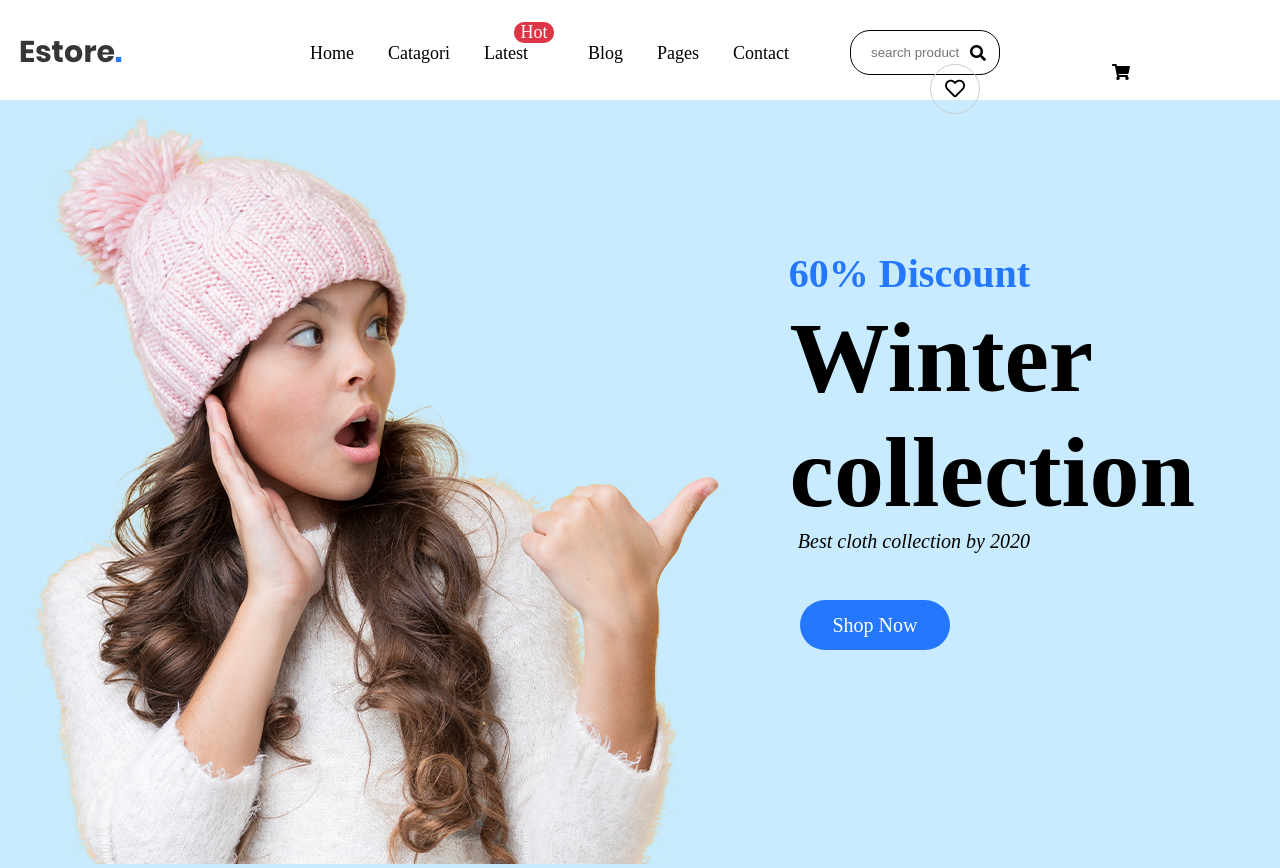
Repository: nhutduy0803/template1
Page: index.html
These files come from the project's save history. The page is drawn as it stood at one moment and after the next save; the edit follows.
The browser window is 1280 px wide. The pictures show the whole page.

Above is the page before, as saved 2021-12-02 22:02:02.

### index.html
<!DOCTYPE html>
<html lang="en">
  <head>
    <meta charset="UTF-8" />
    <meta http-equiv="X-UA-Compatible" content="IE=edge" />
    <meta name="viewport" content="width=device-width, initial-scale=1.0" />
    <title>TEMPLATE</title>
    <link rel="stylesheet" href="./assets/css/style.css" />
    <link
      rel="stylesheet"
      href="./assets/css/font/fontawesome-free-5.15.4-web/css/all.min.css"
    />
  </head>
  <body>
    <script src="./index.js"></script>
    <div class="header">
      <img class="logo" src="./assets/css/img/logo.webp" alt="" />
      <ul>
        <li>Home</li>
        <li>Catagori</li>
        <li>
          <p>Hot</p>
          Latest
          <ul class="sub-nav">
            <span>Produce list</span>
            <span>Produce Detail</span>
          </ul>
        </li>
        <li>
          Blog
          <ul class="sub-nav2">
            <span>Blog</span>
            <span>Blog Details</span>
          </ul>
        </li>
        <li>
          Pages
          <ul class="sub-nav3">
            <span>Login</span>
            <span>Card</span>
            <span>Element</span>
            <span>About</span>
            <span>Confirtmation</span>
            <span>Shopping Card</span>
            <span>Produce checkout</span>
          </ul>
        </li>
        <li>Contact</li>
      </ul>
      <div class="search">
        <input type="text" placeholder="search product" />
        <i class="fas fa-search"></i>
      </div>
      <div class="icon-header">
        <i class="far fa-heart"></i>
        <i class="fas fa-shopping-cart"></i>
      </div>
    </div>
    <div class="slide">
      <h3>60% Discount</h3>
      <h2>
        Winter<br />
        collection
      </h2>
      <p>Best cloth collection by 2020</p>
      <div class="shop-now">Shop Now</div>
      <img src="./assets/css/img/slider.webp" alt="" />
    </div>
  </body>
</html>

### assets/css/style.css
* {
  margin: 0;
  padding: 0;
  box-sizing: border-box;
}

html {
  scroll-behavior: smooth;
}

.header {
  width: 100%;
  height: 100px;
  background-color: #fff;
}

.slide {
  width: 100%;
  height: 100%;
  background: #c8ebff;
}

.slide h3 {
  position: absolute;
  right: 250px;
  top: 250px;
  font-family: "Yellowtail", "cursive";
  color: #2577fd;
  font-size: 40px;
}

.slide h2 {
  position: absolute;
  right: 85px;
  top: 300px;
  font-size: 100px;
}

.slide p {
  font-family: "Playfair Display", serif;
  font-style: italic;
  font-size: 20px;
  position: absolute;
  right: 250px;
  top: 530px;
}

.shop-now {
  border-radius: 30px;
  display: flex;
  justify-content: center;
  align-items: center;
  position: absolute;
  right: 330px;
  top: 600px;
  color: #fff;
  font-size: 20px;
  width: 150px;
  height: 50px;
  background: #2577fd;
}

.shop-now::before {
  position: absolute;
  left: 0px;
  top: 0px;
  border-radius: 20px;
  opacity: 0.4;
  content: " ";
  width: 0px;
  height: 50px;
  background: #00b1ff;
  transition: 0.5s;
}

.shop-now:hover::before {
  width: 150px;
  transition: 0.5s;
  border-radius: 20px;
}

.logo {
  margin-left: 20px;
  margin-top: 40px;
  display: inline-block;
}

.header ul {
  margin-top: -45px;
  margin-left: 280px;
}

.header li:nth-child(3) {
  position: relative;
}

.header li:nth-child(4) {
  position: relative;
}

.header li:nth-child(5) {
  position: relative;
}

.header li:nth-child(3) p {
  width: 40px;
  background: #dc3545;
  display: flex;
  justify-content: center;
  align-items: center;
  color: #fff;
  padding: 0 7px;
  margin-left: 30px;
  border-radius: 10px;
  height: auto;
}

.header ul li {
  font-size: 18px;
  margin-left: 30px;
  display: inline-block;
  font-weight: 500;
}
.header ul li:hover {
  transition: 0.3s;
  color: #dc3545;
}

.header {
  z-index: 10;
}

.sub-nav span {
  margin-left: 15px;
  margin-top: 15px;
  display: block;
  color: #000;
}

.sub-nav2 span {
  margin-left: 15px;
  margin-top: 15px;
  display: block;
  color: #000;
}
.sub-nav3 span {
  margin-left: 15px;
  margin-top: 15px;
  display: block;
  color: #000;
}

.sub-nav span:hover {
  color: #dc3545;
}

.sub-nav2 span:hover {
  color: #dc3545;
}

.sub-nav3 span:hover {
  color: #dc3545;
}

.sub-nav {
  border-top: 5px solid #dc3545;
  position: absolute;
  top: 70px;
  left: -300px;
  background: #fff;
  width: 150px;
  height: 100px;
  opacity: 0;
  transition: 0.3s;
}

.sub-nav2 {
  border-top: 5px solid #dc3545;
  position: absolute;
  top: 70px;
  left: -300px;
  background: #fff;
  width: 150px;
  height: 100px;
  opacity: 0;
  transition: 0.3s;
}

.sub-nav3 {
  border-top: 5px solid #dc3545;
  position: absolute;
  top: 70px;
  left: -300px;
  background: #fff;
  width: 180px;
  height: 280px;
  opacity: 0;
  transition: 0.3s;
  z-index: 10;
}

.header li:nth-child(3):hover .sub-nav {
  position: absolute;
  top: 130px;
  transition: 0.3s;
  opacity: 1;
}

.header li:nth-child(4):hover .sub-nav2 {
  position: absolute;
  top: 110px;

  transition: 0.3s;
  opacity: 1;
}

.header li:nth-child(5):hover .sub-nav3 {
  position: absolute;
  top: 110px;

  transition: 0.3s;
  opacity: 1;
}

.search input {
  width: 150px;
  margin-left: 850px;
  position: absolute;
  top: 30px;
  border-radius: 20px;
  border: 1px solid #000;
  height: 45px;
  padding-left: 20px;
}

.search .fa-search {
  position: absolute;
  margin-left: 970px;
  top: 45px;
}

.icon-header {
  position: absolute;
  right: 150px;
}

.icon-header .fa-heart {
  position: absolute;
  right: 150px;
  width: 50px;
  display: flex;
  justify-content: center;
  align-items: center;
  border: 1px solid #ccc;
  height: 50px;
  border-radius: 50%;
  font-size: 20px;
}

### index.js
function openheader() {
  var openheader = document.querySelector(".sub-nav");
  openheader.classList.toggle("opensubnav");
}

Loaded but not shown: assets/css/font/fontawesome-free-5.15.4-web/css/all.min.css (library)

After the next save:
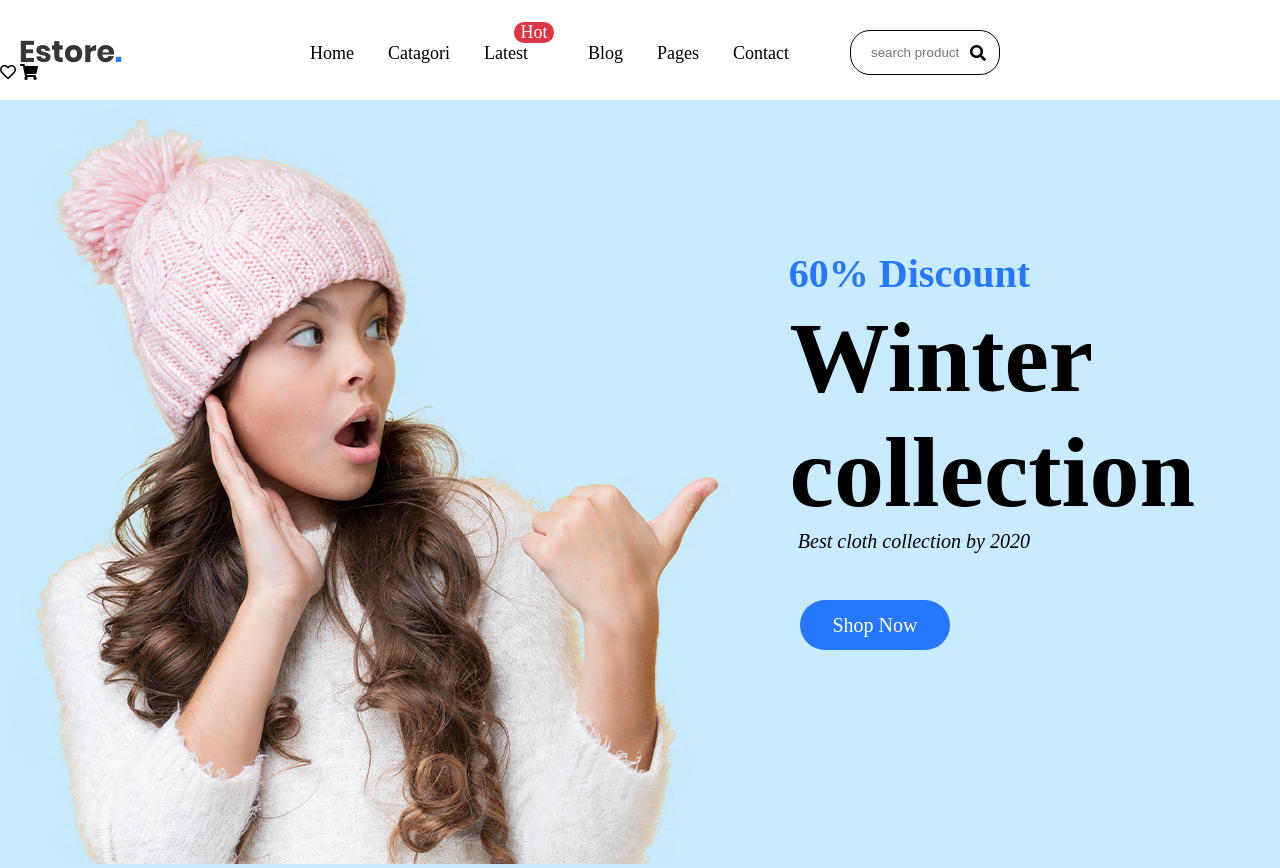
Saved 4 s later.
--- a/assets/css/style.css
+++ b/assets/css/style.css
@@ -240,9 +240,9 @@ html {
 }
 
 .icon-header {
-  position: absolute;
+  /* position: absolute;
   right: 150px;
-}
+} */
 
 .icon-header .fa-heart {
   position: absolute;
